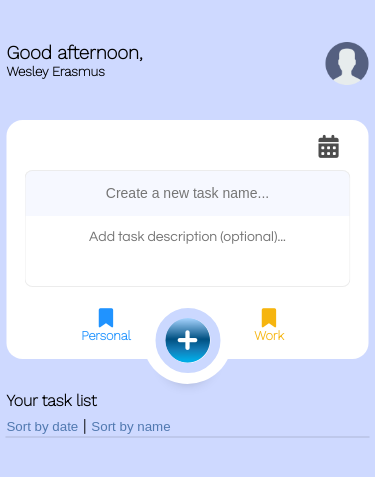
Repository: WesleyErasmus/Todo-App
Page: todoApp.html
An editor plug-in stored every save of this project. The page is shown before and after the next save, followed by the edit.
The browser window is 375 px wide. The pictures show the whole page.
Some web libraries are served in a nearby version.

Above is the page before, as saved 2022-06-25 12:01:44.

After the next save:
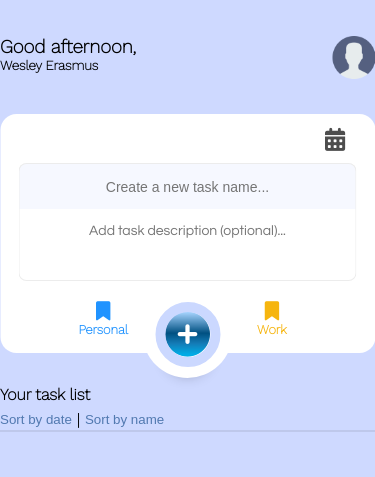
Saved 18 s later.
--- a/source/css/todoApp.css
+++ b/source/css/todoApp.css
@@ -695,7 +695,7 @@ Task title, Task description, Show description button */
     background-image: none;
     background: none;
     border-radius: none;
-    padding: 0.4rem;
+    padding: 0rem;
     flex: 1 1 0%;
     align-items: center;
     justify-content: center;
